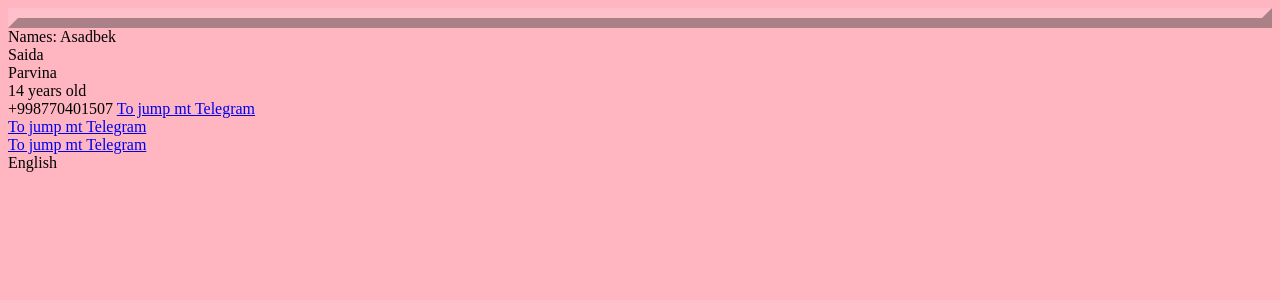
Repository: KHANas02/live-stream
Page: contact.html
An editor plug-in stored every save of this project. The page is shown before and after a run of saves, followed by the edit.
The browser window is 1280 px wide. The pictures show the whole page.

Above is the page before, as saved 2024-03-25 07:48:14.

After the next 2 saves:
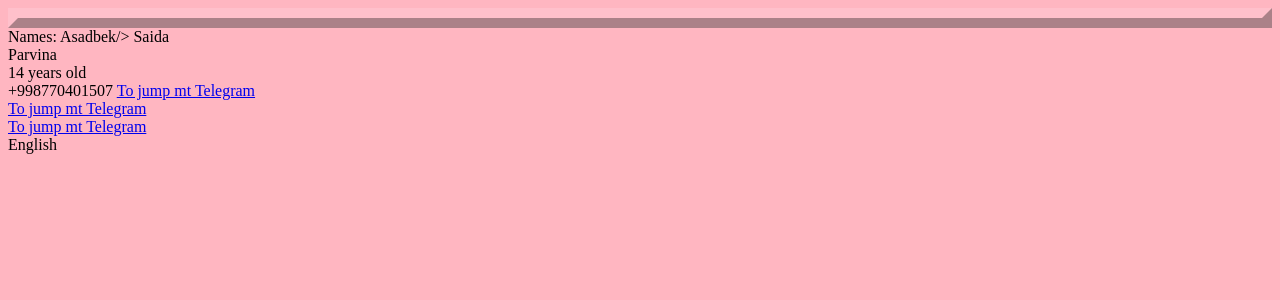
The 2 saves are shown as one change because they came seconds apart.
The last was saved 6 s later.
--- a/contact.html
+++ b/contact.html
@@ -20,7 +20,7 @@
   <body>
     <div class="avatar"></div>
     <div class="text">
-    Names:  Asadbek <br />
+    Names:  Asadbek/>
       Saida <br />
       Parvina <br />
       14 years old <br />
